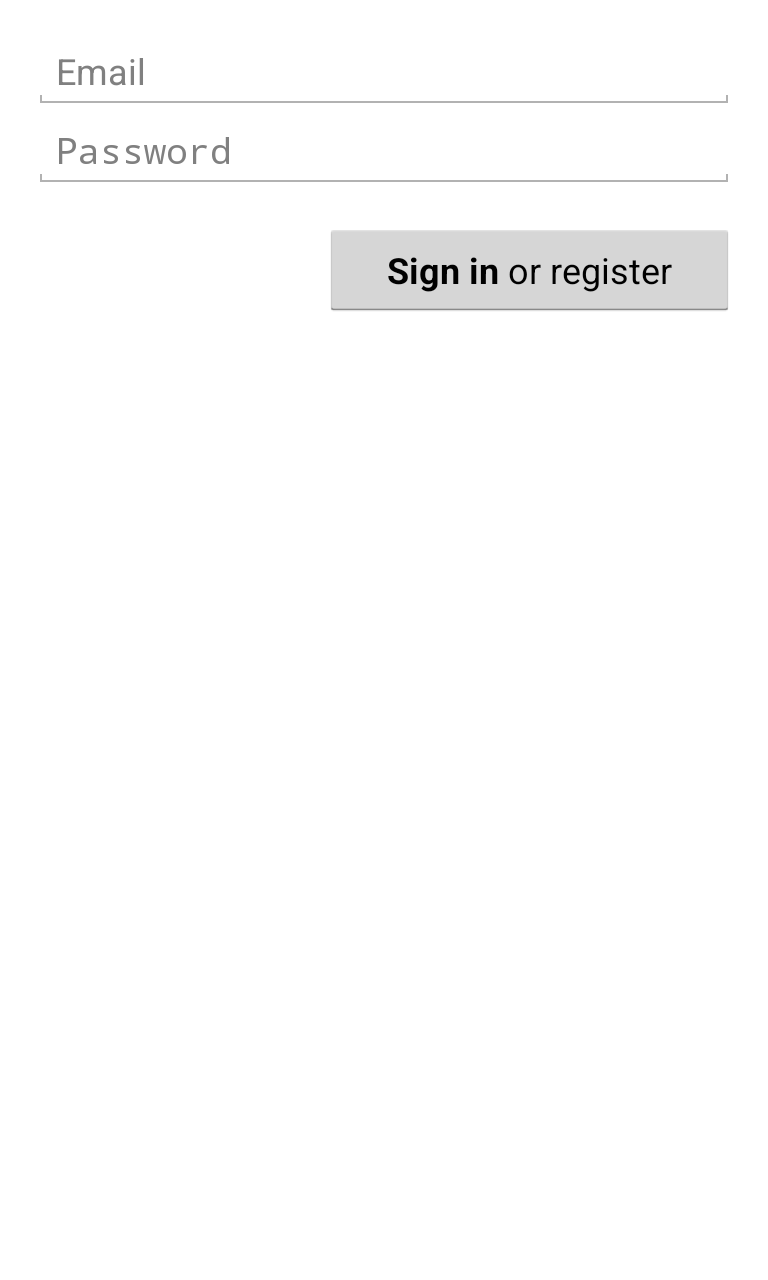
Repository: tmalveirac/mobpdv
Layout: WorkspaceAndroid/MobPDVProjet/res/layout/activity_login.xml
These files come from the project's save history. The layout is drawn as it stood at one moment and after the next save; the edit follows.
It is drawn on a 768 x 1280 px phone screen (xhdpi) without system bars, with theme AppTheme; the app's code is not run.

Above is the layout before, as saved 2013-05-20 15:59:27.

After the next save:
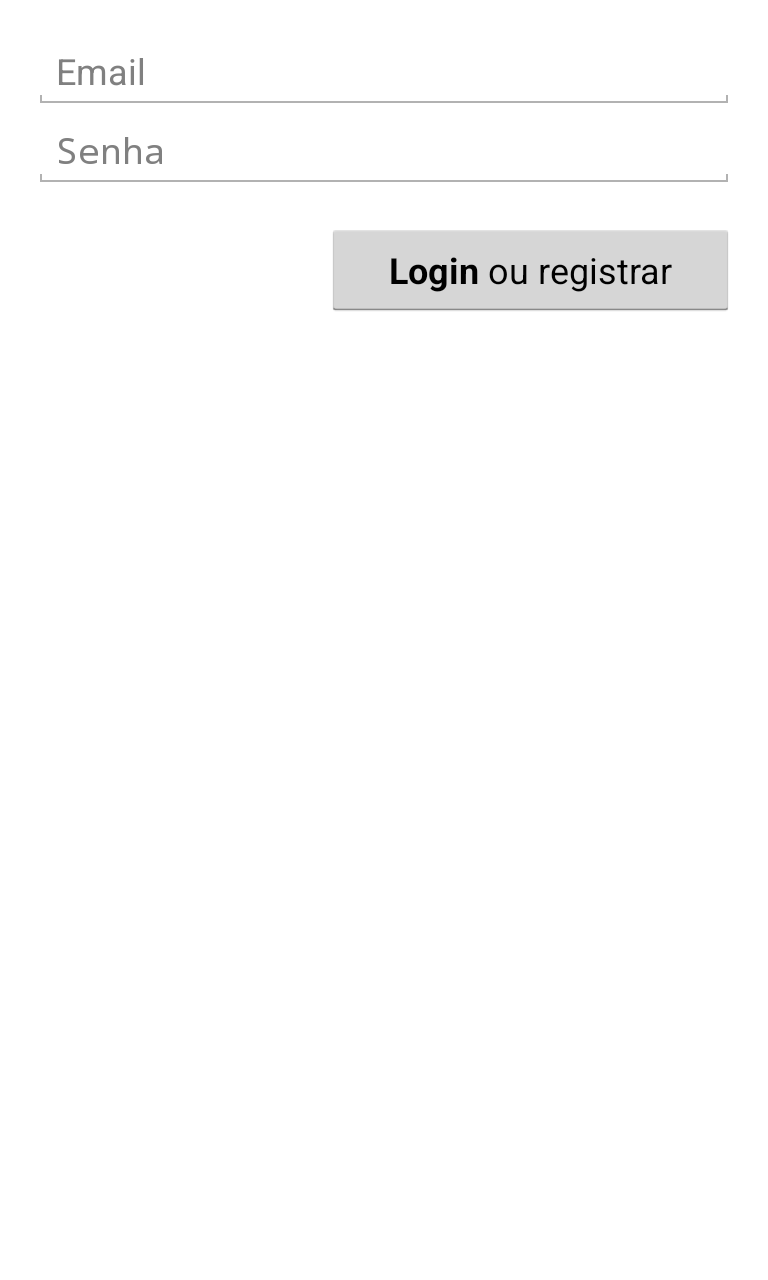
Saved 7 min 16 s later.
--- a/WorkspaceAndroid/MobPDVProjet/res/values/strings_activity_login.xml
+++ b/WorkspaceAndroid/MobPDVProjet/res/values/strings_activity_login.xml
@@ -4,11 +4,11 @@
 
     <!-- Strings related to login -->
     <string name="prompt_email">Email</string>
-    <string name="prompt_password">Password</string>
-    <string name="action_sign_in_register"><b>Sign in</b> or register</string>
-    <string name="action_sign_in_short">Sign in</string>
-    <string name="action_forgot_password">Recover lost password</string>
-    <string name="login_progress_signing_in">Signing in&#8230;</string>
+    <string name="prompt_password">Senha</string>
+    <string name="action_sign_in_register"><b>Login</b> ou registrar</string>
+    <string name="action_sign_in_short">Login</string>
+    <string name="action_forgot_password">Recuperar senha</string>
+    <string name="login_progress_signing_in">Realizando login;</string>
     <string name="error_invalid_email">This email address is invalid</string>
     <string name="error_invalid_password">This password is too short</string>
     <string name="error_incorrect_password">This password is incorrect</string>
